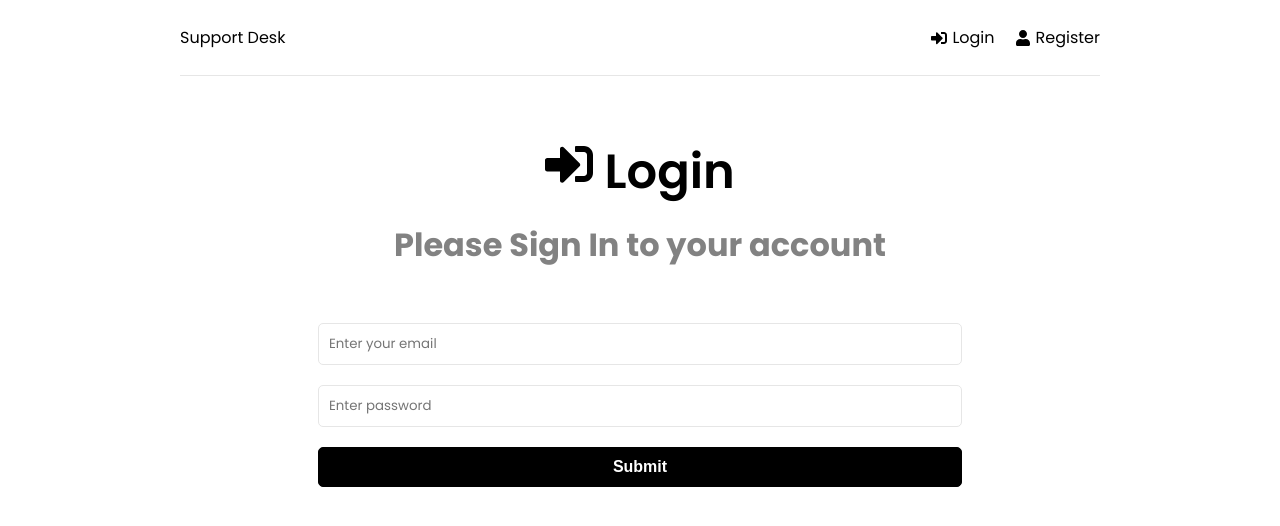
Repository: benjamins1995/support-desk
Page: /login (app in frontend/)
An editor plug-in stored every save of this project. The page is shown before and after the next save, followed by the edit.
The browser window is 1280 px wide. The pictures show the whole page.
The project was rebuilt for these pictures with package versions that can differ from the ones it lists, and the page was loaded fresh each time. Also part of the build but not shown: frontend/src/pages/Register.jsx. Imported but missing from the stored project, and not drawn on this page: frontend/src/features/counter/counterSlice, frontend/src/pages/Home.

Above is the page before, as saved 2022-03-03 16:23:06.

After the next save:
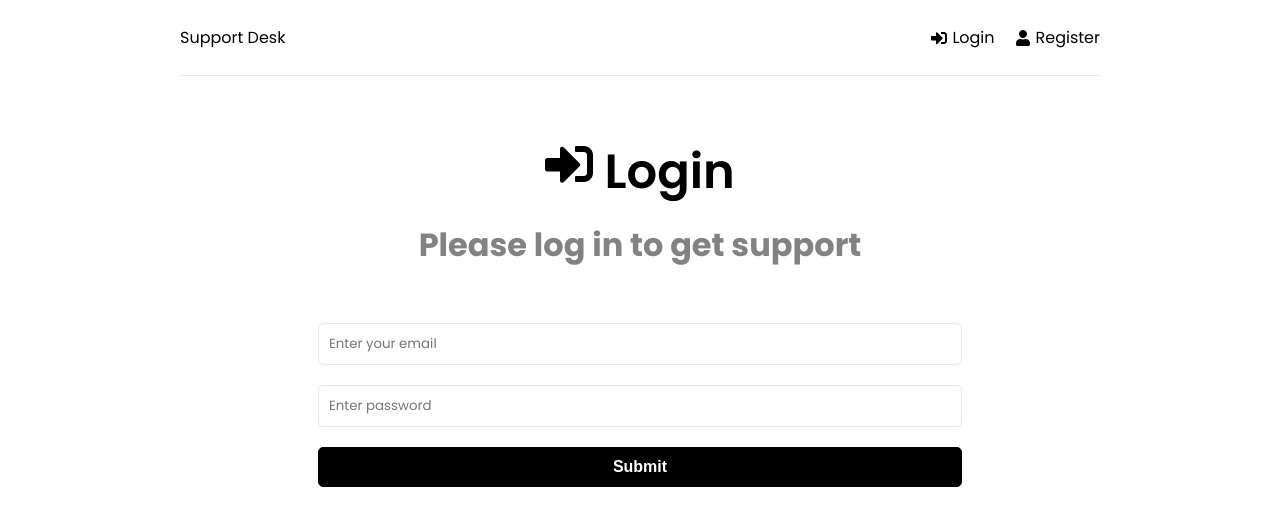
Saved 49 s later.
--- a/frontend/src/pages/Login.jsx
+++ b/frontend/src/pages/Login.jsx
@@ -27,7 +27,7 @@ function Login() {
         <h1>
           <FaSignInAlt /> Login
         </h1>
-        <p>Please Sign In to your account</p>
+        <p>Please log in to get support</p>
       </section>
       <section className='form'>
         <form onSubmit={onSubmit}>
